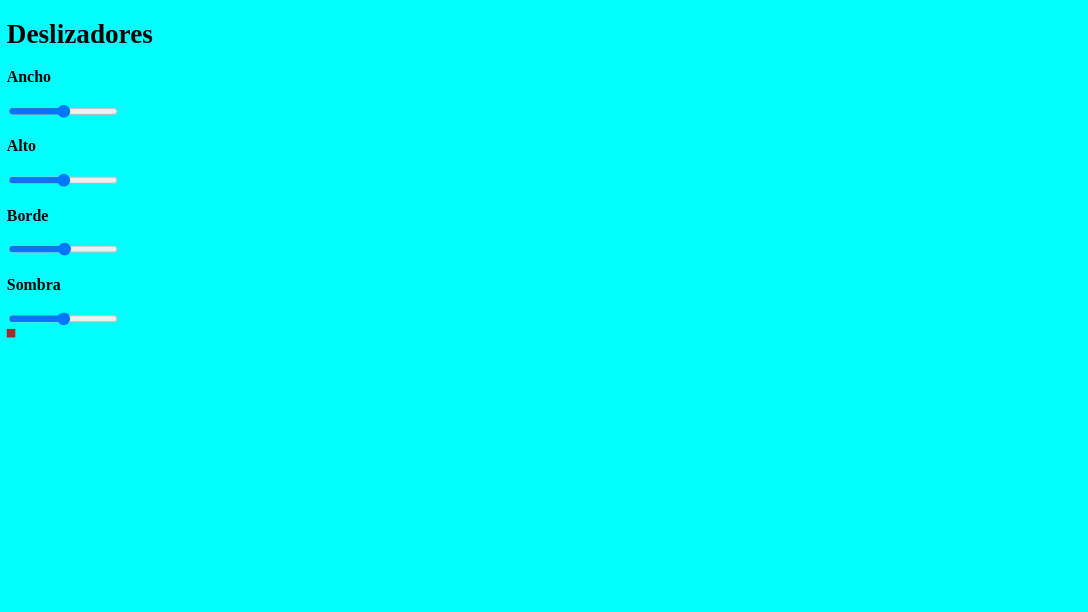
Repository: Kevin8548/Ejercicios-DOM
Page: Deslizador.html
An editor plug-in stored every save of this project. The page is shown before and after the next save, followed by the edit.
The browser window is 1280 px wide. The pictures show the whole page, at 85% of full size.

Above is the page before, as saved 2024-10-02 13:57:47.

### Deslizador.html
<!DOCTYPE html>
<html lang="en">
<head>
    <meta charset="UTF-8">
    <meta name="viewport" content="width=device-width, initial-scale=1.0">
    <title>Delizador</title>
    <link rel="stylesheet" href="./deslizadores.css">
</head>
<body>
    <H1>Deslizadores</H1>
    <div class="parent">
        <div class="div1">
            <h3>Ancho</h3>
            <input type="range" id="slider" min="0" max="100" value="50" step="1">
            <h3>Alto</h3>
            <input type="range" id="slider" min="0" max="100" value="50" step="2">
            <h3>Borde</h3>
            <input type="range" id="slider" min="0" max="100" value="50" step="3">
            </div>
            <h3>Sombra</h3>
            <input type="range" id="slider" min="0" max="100" value="50" step="1">
        <div class="div2"> </div>
        </div>
</body>
</html>

### deslizadores.css
body{
    background-color: aqua;
}

h1{
    align-items: center;
}

.div2{
    width: 10px;
    height: 10px;
    background-color: brown;
}

After the next save:
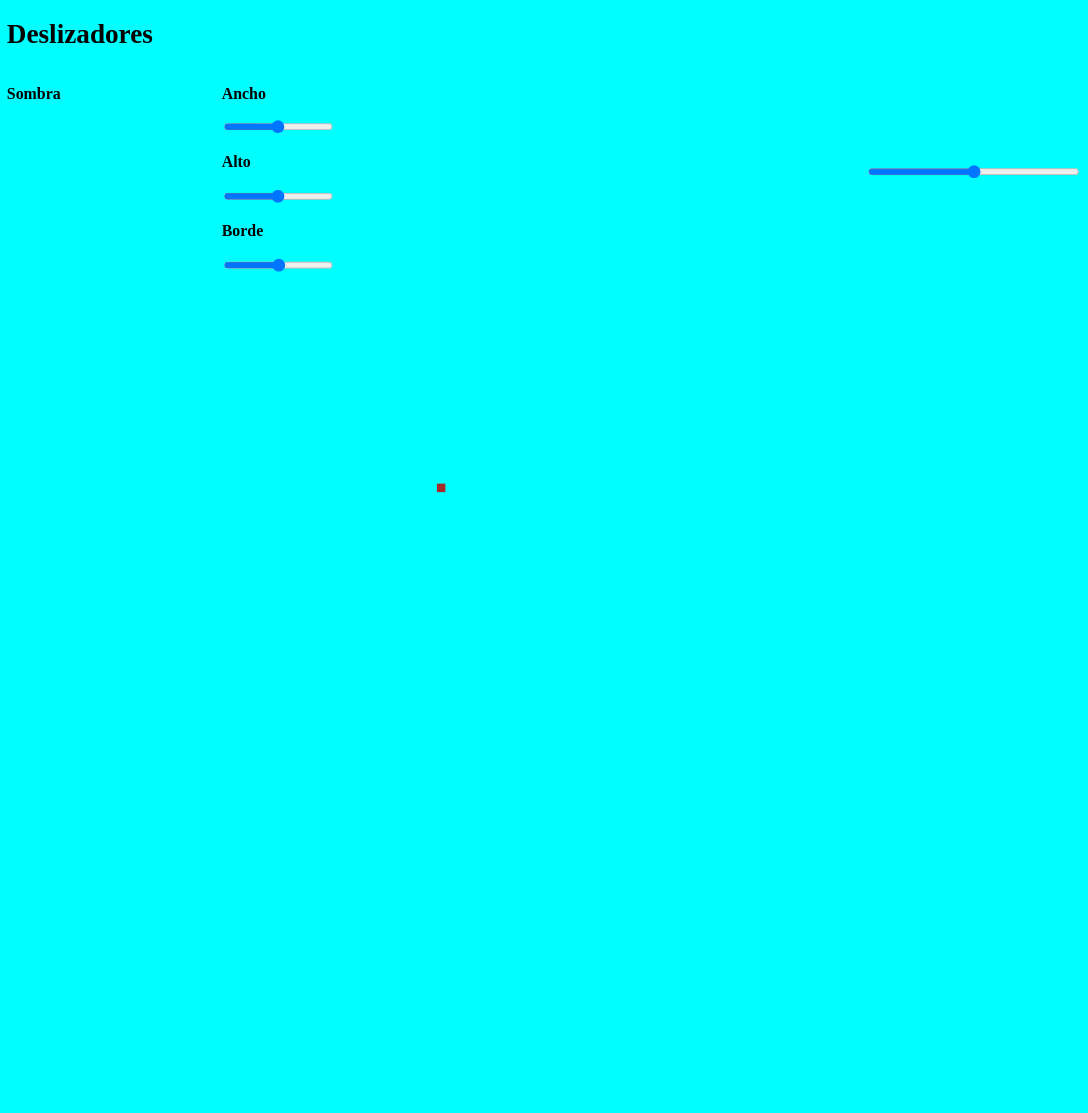
Saved 33 s later.
--- a/deslizadores.css
+++ b/deslizadores.css
@@ -1,13 +1,24 @@
-body{
-    background-color: aqua;
-}
+.parent {
+    display: grid;
+    grid-template-columns: repeat(5, 1fr);
+    grid-template-rows: repeat(5, 1fr);
+    grid-column-gap: 0px;
+    grid-row-gap: 0px;
+    }
 
-h1{
-    align-items: center;
-}
+    .div1 { grid-area: 1 / 2 / 2 / 5; }
+    .div2 { grid-area: 3 / 3 / 4 / 4; }
 
-.div2{
-    width: 10px;
-    height: 10px;
-    background-color: brown;
-}
+    body{
+        background-color: aqua;
+    }
+
+    h1{
+        align-items: center;
+    }
+
+    .div2{
+        width: 10px;
+        height: 10px;
+        background-color: brown;
+    }
